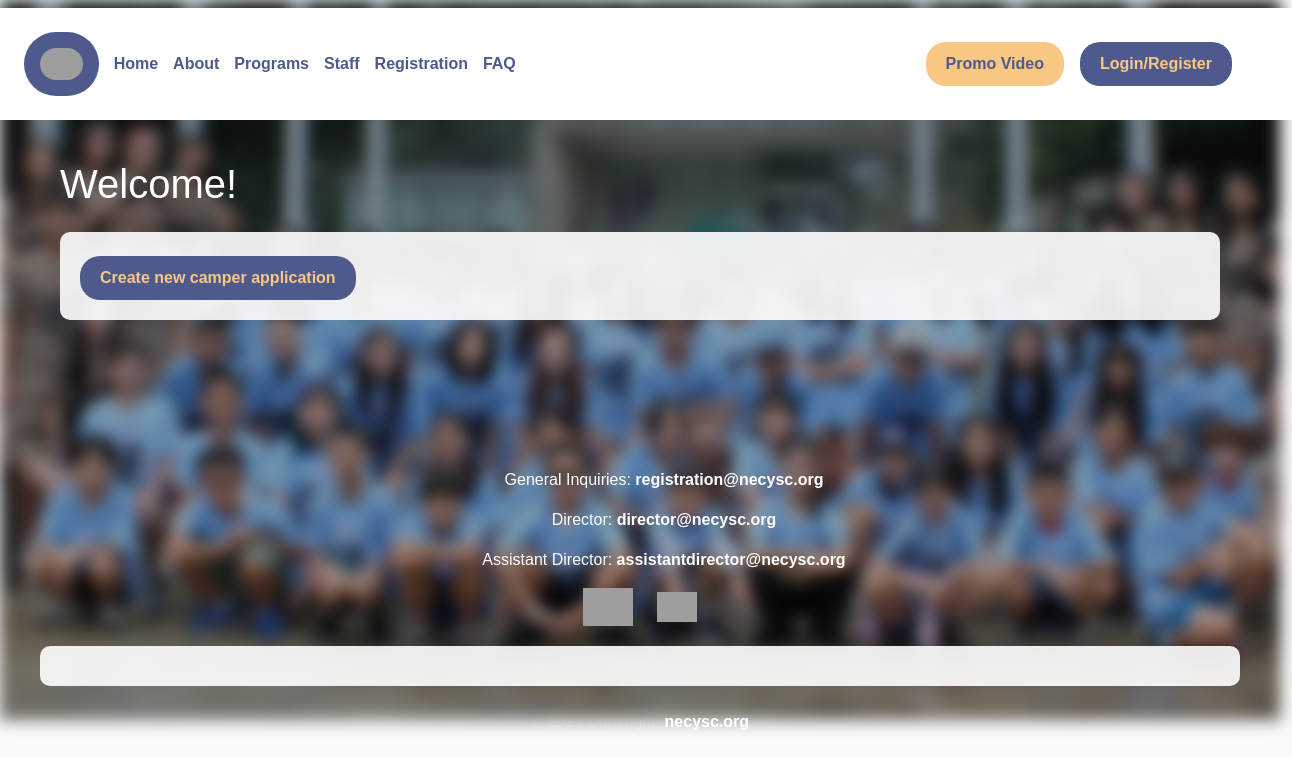
Repository: fullstackatbrown/project-necysc
Page: necysc_app/templates/necysc_app/applicant/index.html
The author's editor kept a copy of each file at every save. The page is drawn from the files as they stood at one save, then again after the next save.
The browser window is 1280 px wide. The page is 1292 px wide, so the pictures cover 1292 px, including what lies to the right of the window. The pictures show the whole page.
Pictures or frames that could not be fetched are drawn as grey boxes. Some web fonts or font styles are not loaded; a fallback is used. The template is drawn by Django 5.2. The application's start-up code is not run. Other server files are loaded and not shown. The template is opened directly, without the code that normally fills it, so the values that code supplies are empty.

Above is the page before, as saved 2024-12-04 01:47:29.

### necysc_app/templates/necysc_app/applicant/index.html
{% extends "necysc_app/base.html" %}
{% load static %}
{% block title %} Applicant Portal {% endblock %}
{% block content %}
<link rel="stylesheet" href="{% static 'necysc_app/applicant_home.css' %}">

<style>
    body {
        background-color: #f8f9fa;
        margin: 0;
        padding: 0;
        height: 100%;
        width: 100%;
        overflow: hidden;
    }

    .background {
        position: fixed;
        top: 0;
        left: 0;
        width: 100%;
        height: 100%;
        z-index: -1;
        background-image: url("{% static 'necysc_app/images/necyscbannerimage.jpg' %}");
        background-size: cover;
        background-position: center;
        filter: blur(8px);
    }

    .container {
        position: relative;
        z-index: 1;
        background-color: rgba(255, 255, 255, 0.9);
        padding: 20px;
        border-radius: 10px;
        max-width: 1200px;
        margin: auto;
        margin-top: 20px;
    }

    h1, p, a, button {
        position: relative;
        z-index: 2;
    }

    .glow {
        transition: box-shadow 0.3s ease-in-out;
    }

    .glow:hover {
        box-shadow: 0 0 20px 2px rgba(0, 0, 0, 0.15);
    }
    </style>
    <div class="background"></div>

    <h1 class="welcome-title">Welcome!</h1>
{% if applications %}
    <div class="container mb-4">
        {% for application in applications %}
        <div class="card col-4 glow">
            <a href="{% url 'necysc_app:application_detail' application.id %}" class="application-card-link">
                <div class="card-body">
                    <h5 class="card-title"><span>{{ application.applicant_fname }}
                        {{ application.applicant_lname }}</span>
                        {% if application.app_status == 'A' %}
                        <span class="badge bg-success float-end">Accepted </span>
                        {% elif application.app_status == 'P' %}
                        <span class="badge bg-secondary float-end">Pending</span>
                        {% else %}
                        <span class="badge bg-danger float-end">Rejected</span>
                        {% endif %}

                    </h5>
                    <!-- horizontal line-->
                    <hr>
                    <p class="card-text fw-light">Year: {{application.app_year}}</p>
                    <p class="card-text m-0 fw-light">Health Status: {{application.health_record_status}}</p>
                </div>

            </a>
        </div>
        {% endfor %}
    </div>
{% endif %}

<div class="container mt-4 pt-4">
<a class="btn-purple"
        href="{% url 'necysc_app:new_application' %}">Create new camper application</a>
</div>

<style>
.glow {
    transition: box-shadow 0.3s ease-in-out;
    }

.glow:hover {
box-shadow: 0 0 20px 2px rgba(0, 0, 0, 0.15); /* Adjust the glow effect */
}
</style>
{% endblock %}

### necysc_app/templates/necysc_app/base.html
<!DOCTYPE html>
<html lang="en">
	<!-- Header -->
	{% load static %} {% include 'necysc_app/header.html' %}

	<head>
		<!-- Required meta tags -->
		<meta charset="utf-8" />
		<meta name="viewport" content="width=device-width, initial-scale=1" />

		<!--Bootstrap CSS-->
		<link
			href="https://cdn.jsdelivr.net/npm/bootstrap@5.0.2/dist/css/bootstrap.min.css"
			rel="stylesheet"
			integrity="sha384-EVSTQN3/azprG1Anm3QDgpJLIm9Nao0Yz1ztcQTwFspd3yD65VohhpuuCOmLASjC"
			crossorigin="anonymous"
		/>

		<title>{% block title %} {% endblock %}</title>
		<link rel="preconnect" href="https://fonts.googleapis.com" />
		<link rel="preconnect" href="https://fonts.gstatic.com" crossorigin />
		<link
			href="https://fonts.googleapis.com/css2?family=Roboto+Mono:ital,wght@0,100..700;1,100..700&display=swap"
			rel="stylesheet"
		/>

		<!--global Hind font-->
		<link
			href="https://fonts.googleapis.com/css2?family=Hind:wght@400;500;600&display=swap"
			rel="stylesheet"
		/>
		<style>
			body {
				font-family: "Hind", sans-serif;
			}
		</style>

	</head>

	<body>
		<!-- Navbar -->
		{% include 'necysc_app/navbar.html' %}

		<!-- Content -->
		<div class="container">{% block content %} {% endblock %}</div>

		<!-- Footer -->
		{% include 'necysc_app/footer.html' %}

		<!--Bootstrap JavaScript Plugins-->
		<script
			src="https://cdn.jsdelivr.net/npm/bootstrap@5.0.2/dist/js/bootstrap.bundle.min.js"
			integrity="sha384-MrcW6ZMFYlzcLA8Nl+NtUVF0sA7MsXsP1UyJoMp4YLEuNSfAP+JcXn/tWtIaxVXM"
			crossorigin="anonymous"
		></script>
	</body>
</html>

### necysc_app/templates/necysc_app/header.html
<!-- Header -->
<head>
    <meta charset="UTF-8" />
    <!-- Bootstrap Imports -->
    <link
      href="https://cdn.jsdelivr.net/npm/bootstrap@5.0.2/dist/css/bootstrap.min.css"
      rel="stylesheet"
      integrity="sha384-EVSTQN3/azprG1Anm3QDgpJLIm9Nao0Yz1ztcQTwFspd3yD65VohhpuuCOmLASjC"
      crossorigin="anonymous"
    />
    <link
      href="https://cdn.jsdelivr.net/npm/bootstrap-icons@1.8.1/font/bootstrap-icons.css"
      rel="stylesheet"
    />
    <script
    src="https://cdn.jsdelivr.net/npm/bootstrap@5.0.2/dist/js/bootstrap.bundle.min.js"
    integrity="sha384-MrcW6ZMFYlzcLA8Nl+NtUVF0sA7MsXsP1UyJoMp4YLEuNSfAP+JcXn/tWtIaxVXM"
    crossorigin="anonymous"
    ></script>
    <meta name="viewport" content="width=device-width, initial-scale=1" />
    {% load static %}
    <link href="{% static 'necysc_app/style.css' %}" rel="stylesheet" />
    <link rel="icon" href="{%  static 'necysc_app/images/favicon.ico' %}">
</head>

### necysc_app/templates/necysc_app/navbar.html
<!DOCTYPE html>
<html>
<head>
    <title>Your Page Title</title>
    <style>
        a {
            font-weight: bold;
            text-decoration: none;
        }

        .dropdown {
            position: relative;
            display: inline-block;
        }

        .dropdown-content {
            display: none;
            position: absolute;
            background-color: #f9f9f9;
            min-width: 160px;
            box-shadow: 0px 8px 16px 0px rgba(0, 0, 0, 0.2);
            z-index: 10;
            top: 100%;
        }

        .dropdown-content a {
            color: #4e598c;
            padding: 12px 16px;
            text-decoration: none;
            display: block;
            transition: color 0.3s ease, background-color 0.3s ease;
        }

        .dropdown-content a:hover {
            background-color: #4e598c;
            color: #F9C784;
        }

        .dropdown:hover .dropdown-content {
            display: block;
        }

        .navbar-link {
            color: #4e598c;
            transition: color 0.3s ease;
        }

        .navbar-link:hover {
            color: #F9C784;
            background: #4e598c;
            transition: color 0.3s ease;
            padding: 10px 20px;
            border-radius: 9px;
        }

        .active {
            color: #F9C784;
            background: #4e598c;
            padding: 10px 20px;
            text-decoration: none;
            border-radius: 9px;
        }


        .btn-login {
            background-color: #4e598c;
            color: #F9C784;
            transition: all 0.3s ease;
            padding: 10px 20px;
            border-radius: 20px;
            display: inline-block;
            text-align: center;
        }

        .btn-login:hover {
            background-color: #F9C784;
            color: #FFFFFF;
        }

        .btn-padding {
            padding: 10px 20px;
            border-radius: 20px;
            display: inline-block;
            text-align: center;
            background: #F9C784;
            color: #4e598c;
            transition: all 0.3s ease;
        }

        .btn-padding:hover {
            background-color: #4e598c;
            color: #ffffff;
        }


        .col-auto {
            display: flex;
            align-items: center;
        }

        img {
            height: 4rem;
            max-width: 100%;
        }

        #logobutton {
            background-color: #4e598c;
            transition: all 0.3s ease;
        }

        #logobutton:hover {
            background-color: #F9C784;
            color: #FFFFFF;
        }
    </style>
</head>
<body>

<!-- navbar sticky -->
{% load static %}
<div class="row mt-2 pt-4 pb-4 mb-3 d-flex ps-4 pe-5 align-items-center gap-3 sticky-top bg-bi-white bg-white row">

    <input type="checkbox" id="menu-toggle" class="menu-toggle">
    <label for="menu-toggle" class="hamburger">
        &#9776;
    </label>

    <div class="nav-links">

        <div class="col-auto">
            <a href="{% url 'necysc_app:index' %}" id="logo-link">
                <img src="https://www.necysc.org/v2/images/logo2.png" alt="Your Image Description" id="logobutton" class="rounded-pill p-3"/>
            </a>
        </div>

        <div class="dropdown col-auto">
            {% if request.user.is_authenticated %}
            <a href="{% url 'necysc_app:home' %}" class="navbar-link {% if request.path == '/' %}active{% endif %}">Applicant Home</a>
            {% else %}
            <a href="{% url 'necysc_app:index' %}" class="navbar-link {% if request.path == '/' %}active{% endif %}">Home</a>
            {% endif %}
        </div>

        {% if not request.user.is_authenticated %}
        <div class="dropdown col-auto">
            <a href="{% url 'necysc_app:about' %}" class="navbar-link {% if request.path == '/about/' %}active{% endif %}">About</a>
            <div class="dropdown-content">
                <a href="{% url 'necysc_app:about' %}#sponsors">Sponsors</a>
                <a href="{% url 'necysc_app:about' %}#contact">Contact Us</a>
            </div>
        </div>

        <div class="dropdown col-auto">
            <a href="{% url 'necysc_app:programs' %}" class="navbar-link {% if request.path == '/programs/' %}active{% endif %}">Programs</a>
            <div class="dropdown-content">
                <a href="{% url 'necysc_app:programs' %}#day">Day Camp</a>
                <a href="{% url 'necysc_app:programs' %}#on">Overnight Camp</a>
                <a href="{% url 'necysc_app:programs' %}#ea">ExplorAsian</a>
            </div>
        </div>

        <div class="dropdown col-auto">
            <a href="{% url 'necysc_app:staff' %}" class="navbar-link {% if request.path == '/staff/' %}active{% endif %}">Staff</a>
            <div class="dropdown-content">
                <a href="{% url 'necysc_app:staff' %}#cit">CIT</a>
                <a href="{% url 'necysc_app:staff' %}#counselor">Counselor</a>
                <a href="{% url 'necysc_app:staff' %}#ra">RA</a>
                <a href="{% url 'necysc_app:staff' %}#ops">OPs</a>
                <a href="{% url 'necysc_app:staff' %}#committee">Committee</a>
            </div>
        </div>

        <div class="dropdown col-auto">
            <a href="{% url 'necysc_app:registration' %}" class="navbar-link {% if request.path == '/registration/' %}active{% endif %}">Registration</a>
            <div class="dropdown-content">
                <a href="{% url 'necysc_app:registration' %}#importantdates">2025 Important Dates</a>
                <a href="{% url 'necysc_app:registration' %}#financialaid">Financial Aid</a>
            </div>
        </div>

        <div class="dropdown col-auto">
            <a href="{% url 'necysc_app:faq' %}" class="navbar-link {% if request.path == '/faq/' %}active{% endif %}">FAQ</a>
            <div class="dropdown-content">
                <a href="{% url 'necysc_app:faq' %}#faqregistration">Registration</a>
                <a href="{% url 'necysc_app:faq' %}#faqleavingcamp">Leaves and Visits</a>
                <a href="{% url 'necysc_app:faq' %}#faqhealth">Health and Safety</a>
                <a href="{% url 'necysc_app:faq' %}#camp">Camp Activities</a>
            </div>
        </div>
        {% endif %}

        <div class="col-auto ms-auto">
            <a href="https://youtu.be/PPZ1zu8fGl0?si=h436QWcB9vHQeV_G" target="_blank" class="btn-padding me-3">Promo Video</a>
            {% if request.user.is_authenticated %}
            <a href="{% url 'necysc_app:logout' %}" class="btn-login">Logout</a>
            {% else %}
            <a href="{% url 'necysc_app:login' %}" class="btn-login">Login/Register</a>
            {% endif %}
        </div>
    </div>
</div>

</body>
</html>

### necysc_app/templates/necysc_app/footer.html
<!-- Footer -->
<footer class="pt-4" id="contact">
  <div class="ms-5 me-5 mb-5 bg-dark" style="height: 2px;"></div>

  <h2 class="ps-5 mb-3 mt-5 text-center" style="color: #4e598c;">Connect With Us!</h2>
  <p class="ps-5 text-center" style="color: white;">General Inquiries:
    <a href="mailto:registration@necysc.org" style="color: white">registration@necysc.org</a>
  </p>
  <p class="ps-5 text-center" style="color: white;"> Director:
    <a href="mailto:registration@necysc.org" style="color: white">director@necysc.org</a>
  </p>
  <p class="ps-5 text-center" style="color: white;"> Assistant Director:
    <a href="mailto:registration@necysc.org" style="color: white">assistantdirector@necysc.org</a>
  </p>

  <div class="row text-center align-items-center justify-content-center">
    <div class="col-auto">
        <a href="https://www.instagram.com/NECYSC/"  target="_blank">
            <img src="https://cdn.freebiesupply.com/images/large/2x/instagram-icon-white-on-black.png" alt="Instagram Logo" style="width: 50px; height: auto;">
        </a>
    </div>
    <div class="col-auto">
      <a href="https://www.facebook.com/NECYSC"target="_blank">
          <img src="https://www.freepnglogos.com/uploads/logo-facebook-png/logo-facebook-facebook-logo-png-transparent-svg-vector-bie-supply-18.png" alt="Facebook Logo" style="width: 40px; height: auto;">
      </a>
    </div>
  </div>


  <!-- Copyright -->
  <div class="container"></div>
  <div class="text-center p-4" style="color: white;" >
    © 2024 Copyright.
    <a class="text-reset" href="https://necysc.org/">necysc.org</a>
  </div>

</footer>
<!-- Footer -->

### necysc_app/static/necysc_app/style.css
.hero-section {
  position: relative;
  background-size: cover;
  background-position: center;
  background-repeat: no-repeat;
  color: white;
  height: 60vh;
  display: flex;
  align-items: center;
  justify-content: center;
  overflow: hidden;
}

.hero-section .overlay {
  position: absolute;
  top: 0;
  left: 0;
  width: 100%;
  height: 100%;
  background-color: rgba(0, 0, 0, 0.5);
  z-index: 1;
}

.hero-section .position-relative {
  z-index: 2;
}

.btn-purple {
  background-color: #4e598c;
  color: #f9c784;
  transition: all 0.3s ease;
  padding: 10px 20px;
  border-radius: 20px;
  display: inline-block;
  text-align: center;
  text-decoration: none;
  outline: none;
  border: none;
}

.btn-purple:hover {
  background-color: #f9c784;
  color: #ffffff;
}


.accordion-item .accordion-button:not(.collapsed) {
  background-color: #4e598c; /* Darker purple when open */
  color: #ffffff; /* White text for contrast */
}


.menu-toggle {
  display: none;
}

.hamburger {
  display: none;
  font-size: 24px;
  cursor: pointer;
  color: #4e598c;
}


.nav-links {
  display: flex;
  gap: 15px;
}


@media (max-width: 768px) {
  .nav-links {
      display: none;
      flex-direction: column;
      background-color: white;
      position: absolute;
      top: 60px;
      right: 0;
      width: 100%;
      padding: 10px;
      z-index: 1000;
  }

  .menu-toggle:checked + .hamburger + .nav-links {
      display: flex;
  }

  .hamburger {
      display: block;
  }
}

.optional {
  color: gray;
  font-style: italic;
}

.white-link {
  color: #ffffff;
  text-decoration: none;
  transition: color 0.3s ease;
}

.white-link:hover {
  color: #cccccc;
}

.welcome-title {
  color: white;
}

### necysc_app/static/necysc_app/applicant_home.css
.application-card-link {
  text-decoration: none; /* Remove underline */
  color: inherit; /* Inherit text color */
}

.application-card-link:hover {
  text-decoration: none; /* Remove underline */
  color: inherit; /* Inherit text color */
}

.application-card {
  display: flex;
  flex-direction: column;
  border: 1px solid #ccc;
  border-radius: 8px;
  padding: 15px;
  width: 300px;
  height: 180px;
  box-shadow: 0 2px 5px rgba(0, 0, 0, 0.1);
  background-color: #fff;
  position: relative;
  transition: transform 0.2s;
}

.application-card:hover {
  transform: scale(1.02);
  box-shadow: inset;
}

.application-card h2 {
  font-size: 1.5em;
  margin: 0 0 10px 0;
}

.application-card h3 {
  font-size: 1.2em;
  color: #555;
}

.application-card p {
  margin: 5px 0;
}


.status {
  border-radius: 5px;
  color: #fff;
  font-weight: bold;
  z-index: 1;
}

.status.a {
  background-color: rgba(0, 128, 0, 0.2);
  color: green;
}

.status.d {
  background-color: rgba(255, 0, 0, 0.2);
  color: red;
}

.status.p {
  background-color: rgba(255, 165, 0, 0.2);
  color: orange;
}

.status.i {
  background-color: rgba(0, 0, 255, 0.2);
  color: blue;
}

.glow {
  transition: box-shadow 0.3s ease-in-out;
}

.glow:hover {
  box-shadow: 0 0 20px 2px rgba(0, 0, 0, 0.15); /* Adjust the glow effect */
}

.btn-logout {
    display: inline-block;
    padding: 8px 15px;
    background-color: #ff4444;
    color: #fff;
    text-decoration: none;
    border-radius: 5px;
    font-weight: bold;
    transition: background-color 0.3s ease;
    cursor: pointer;
    margin: 10px 0;
}

.btn-logout:hover {
    background-color: #cc0000;
}

After the next save:
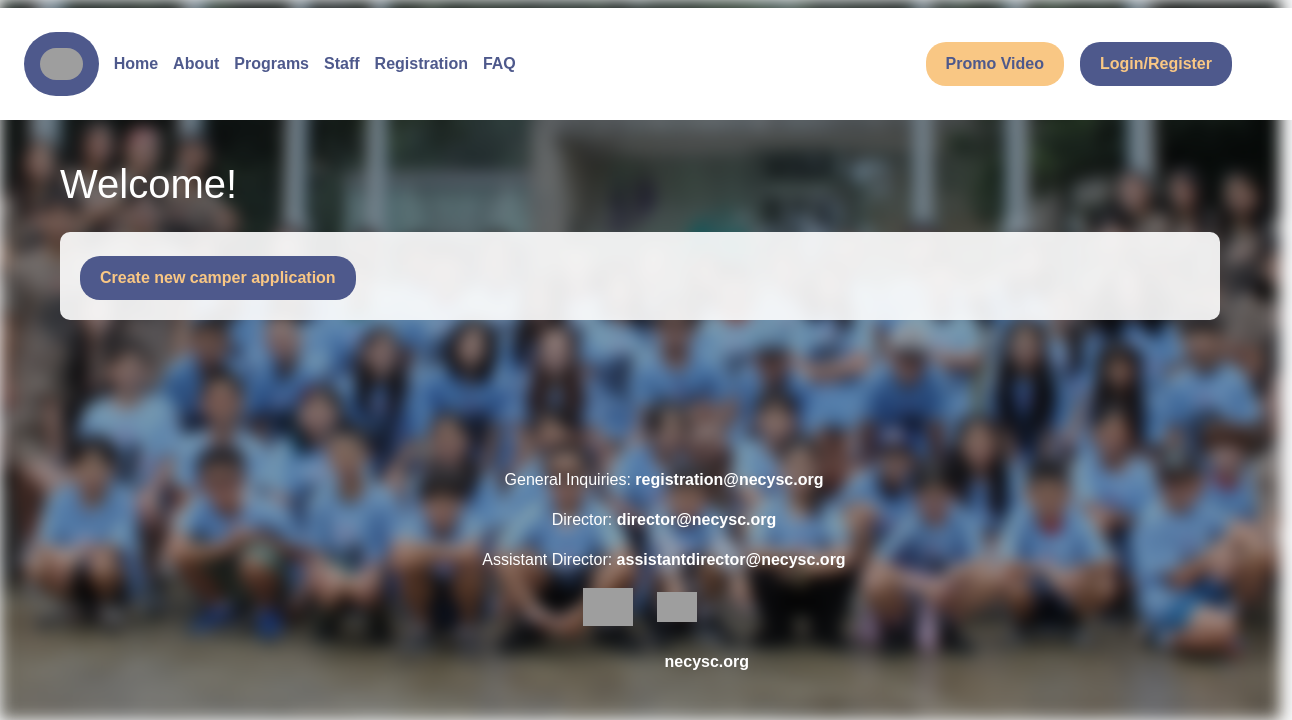
Saved 115 s later.
--- a/necysc_app/templates/necysc_app/footer.html
+++ b/necysc_app/templates/necysc_app/footer.html
@@ -28,7 +28,7 @@
 
 
   <!-- Copyright -->
-  <div class="container"></div>
+  </div>
   <div class="text-center p-4" style="color: white;" >
     © 2024 Copyright.
     <a class="text-reset" href="https://necysc.org/">necysc.org</a>
